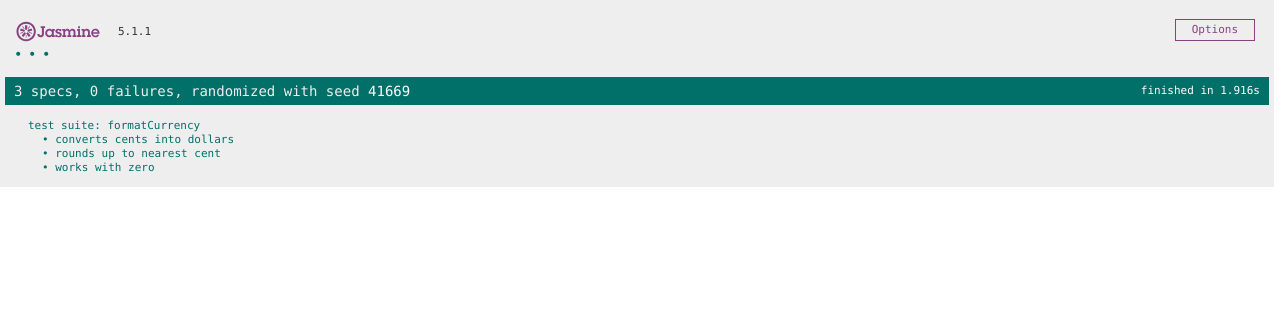
Repository: Srikeerthi05/Amazon-project
Page: tests-jasmine/tests.html
An editor plug-in stored every save of this project. The page is shown before and after a run of saves, followed by the edit.
The browser window is 1280 px wide. The pictures show the whole page.

Above is the page before, as saved 2025-05-25 12:10:16.

After the next 3 saves:
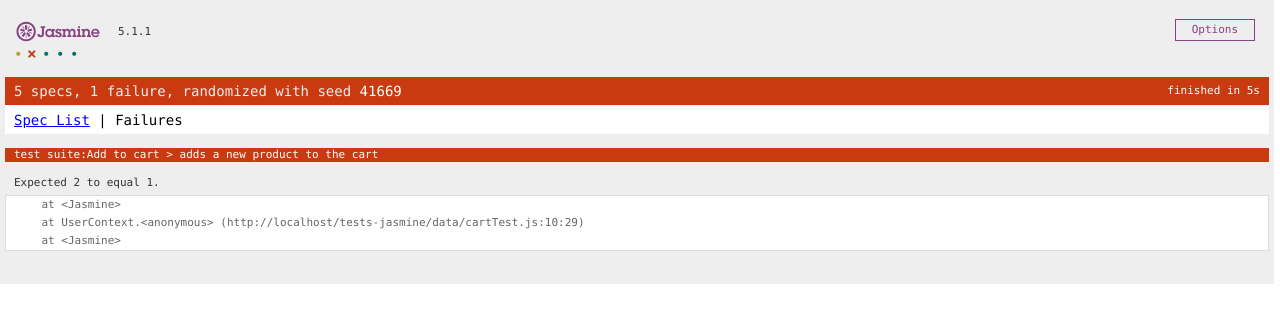
The 3 saves are shown as one change because they came seconds apart.
The last was saved 11 s later.
--- a/tests-jasmine/tests.html
+++ b/tests-jasmine/tests.html
@@ -15,7 +15,7 @@
 
 
   <script src="utils/moneyTest.js" type="module"></script>
-  <script src="data/cartTest.js"
+  <script src="data/cartTest.js" type="module"></script>
 
 </head>
 
